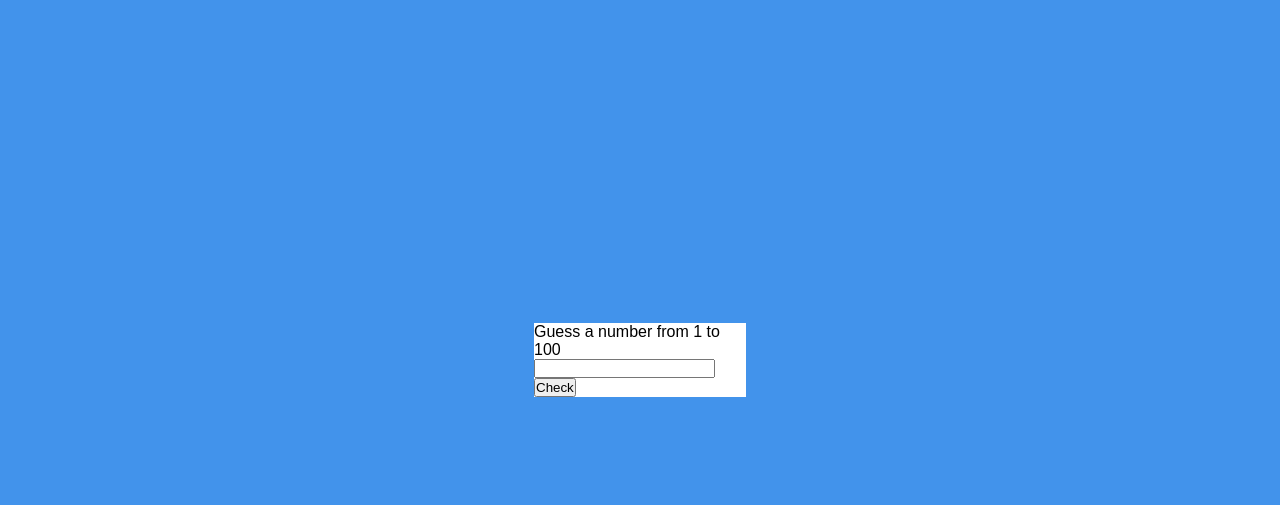
Repository: Ankitkr2021/Guess_Game
Page: index.html
The author's editor kept a copy of each file at every save. The page is drawn from the files as they stood at one save, then again after the next save.
The browser window is 1280 px wide. The pictures show the whole page.

Above is the page before, as saved 2025-09-30 17:12:49.

### index.html
<!DOCTYPE html>
<html lang="en">
<head>
    <meta charset="UTF-8">
    <meta name="viewport" content="width=device-width, initial-scale=1.0">
    <title>Document</title>
    <link rel="stylesheet" href="./style.css">
</head>
<body>
    <div class="box">
        <p>Guess a number from 1 to 100</p>
        <input type="number">
        <button type="submit">Check</button>
    </div>
</body>
</html>

### style.css
@import url("https://fonts.googleapis.com/css2?family=Poppins:wght@300;400;500;600;700&display=swap">
);

*{
    margin: 0;
    padding: 0;
    box-sizing: border-box;
    font-family: 'Poppins',sans-serif;
}

body{
    display: flex;
    justify-content: center;
    align-items: center;
    height: 100vh;
    width: 100%;
    background: #4293eb;
}

.box{
    background: #fff;
    width: 212px;

}

After the next save:
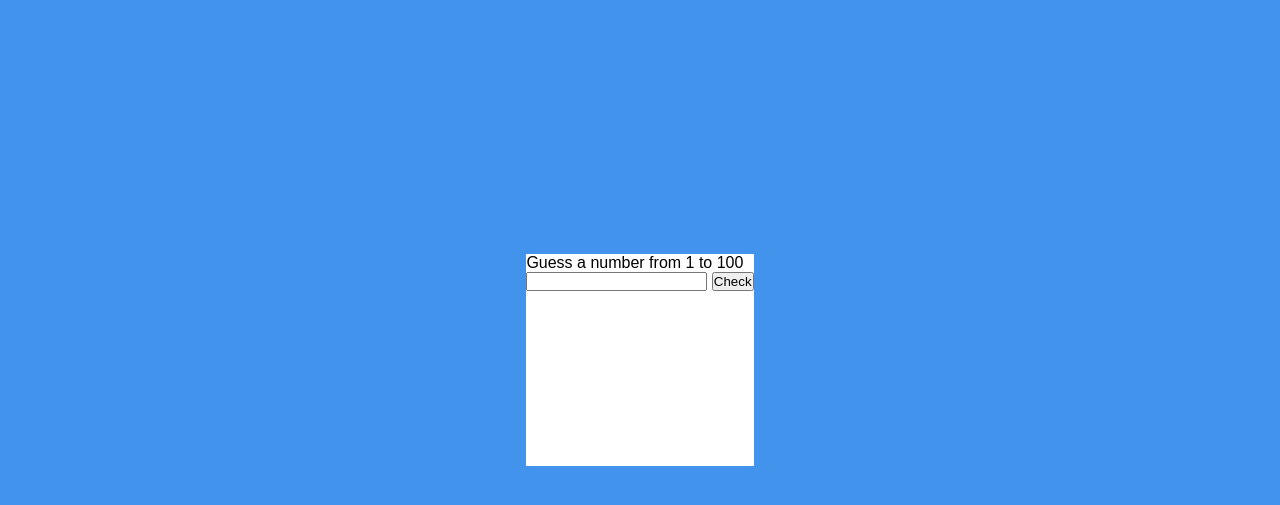
Saved 5 s later.
--- a/style.css
+++ b/style.css
@@ -19,6 +19,6 @@ body{
 
 .box{
     background: #fff;
-    width: 212px;
+    height: 212px;
 
 }
